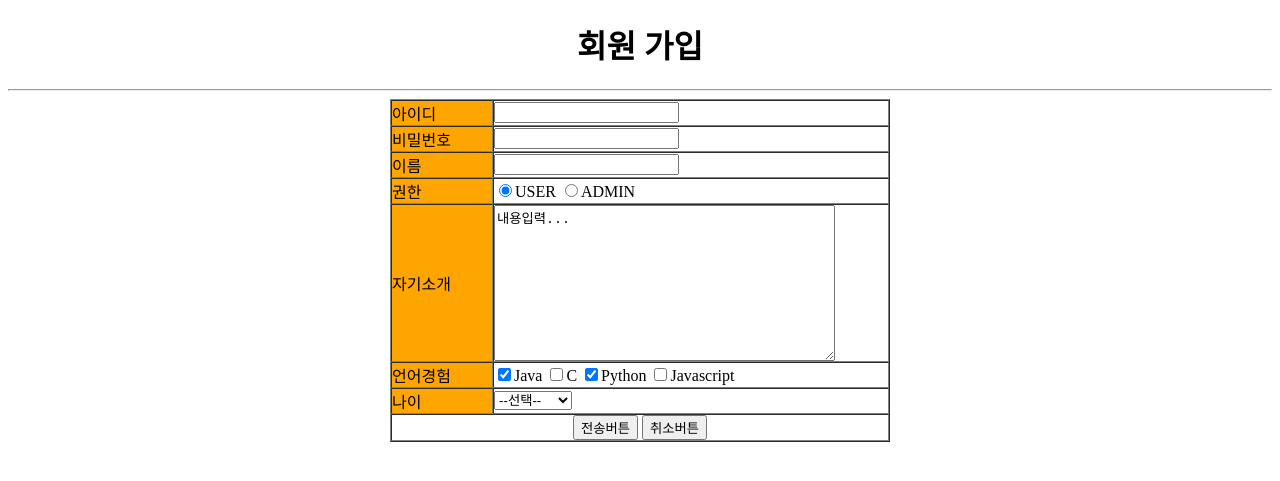
Repository: serim53/JSPStudy
Page: BoardWeb(Servlet)/src/main/webapp/insertBoard.html
These files come from the project's save history. The page is drawn as it stood at one moment and after the next save; the edit follows.
The browser window is 1280 px wide. The pictures show the whole page.

Above is the page before, as saved 2025-07-08 06:41:18.

After the next save:
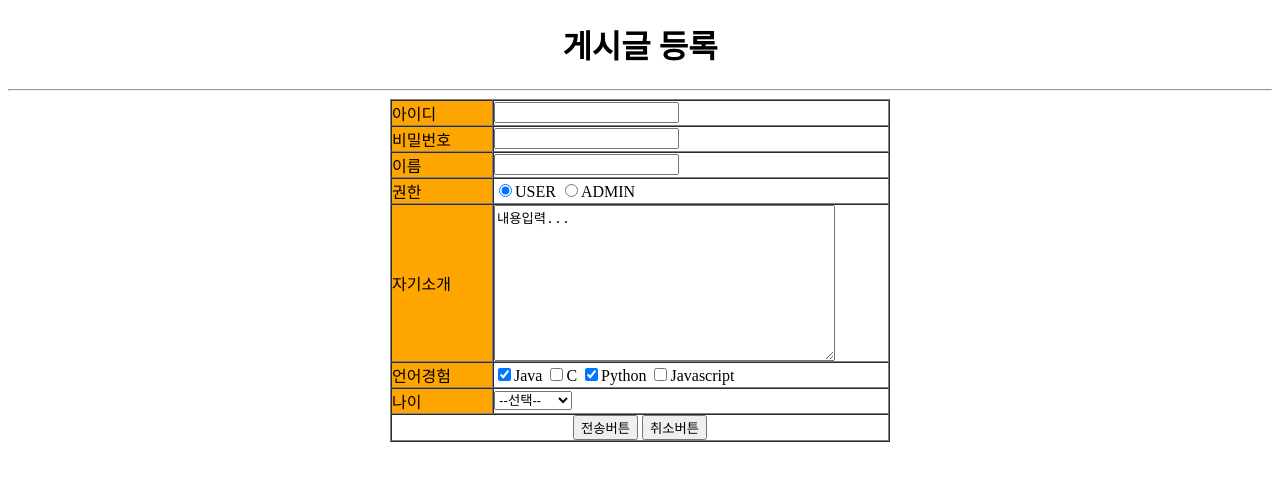
Saved 103 s later.
--- a/BoardWeb(Servlet)/src/main/webapp/insertBoard.html
+++ b/BoardWeb(Servlet)/src/main/webapp/insertBoard.html
@@ -2,13 +2,13 @@
 <html>
 <head>
 <meta http-equiv="Content-Type" content="text/html; charset=UTF-8">
-<title>회원가입</title>
+<title>글 등록</title>
 </head>
 <body>
 <center>
-<h1>회원 가입</h1>
+<h1>게시글 등록</h1>
 <hr>
-<form action="insertUser.do" method="get">
+<form action="insertBoard.do" method="post">
 
 <table border="1" cellpadding="0" cellspacing="0" width="500">
 	<tr>
